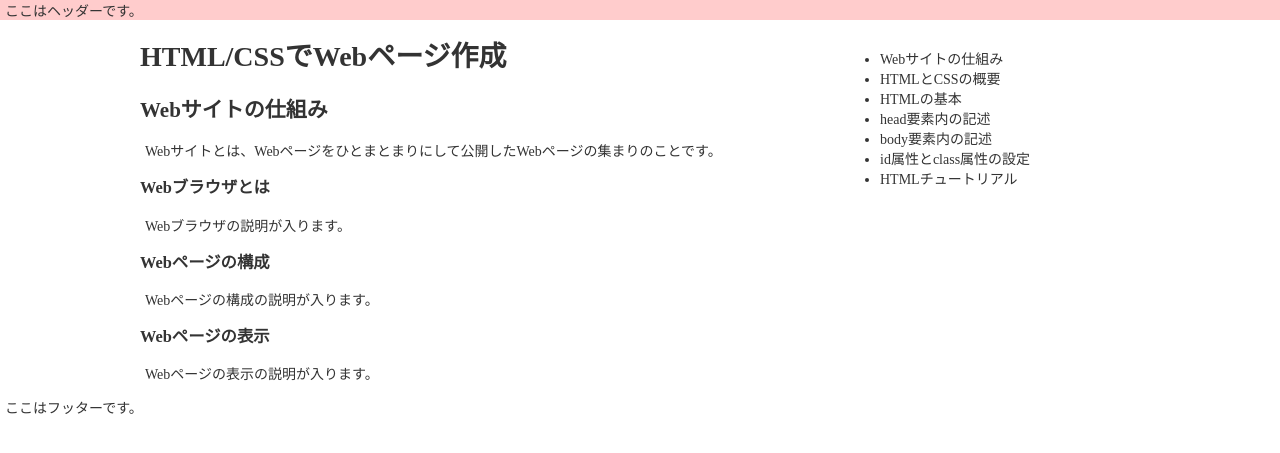
Repository: Naonaka-Saino/first-git
Page: lesson-htmlcss/kadai-html.html
The author's editor kept a record of every edit. The page is drawn from the files as they stood at one moment, then again after the next edit.
The browser window is 1280 px wide. The pictures show the whole page.

Above is the page before.

After the next edit:
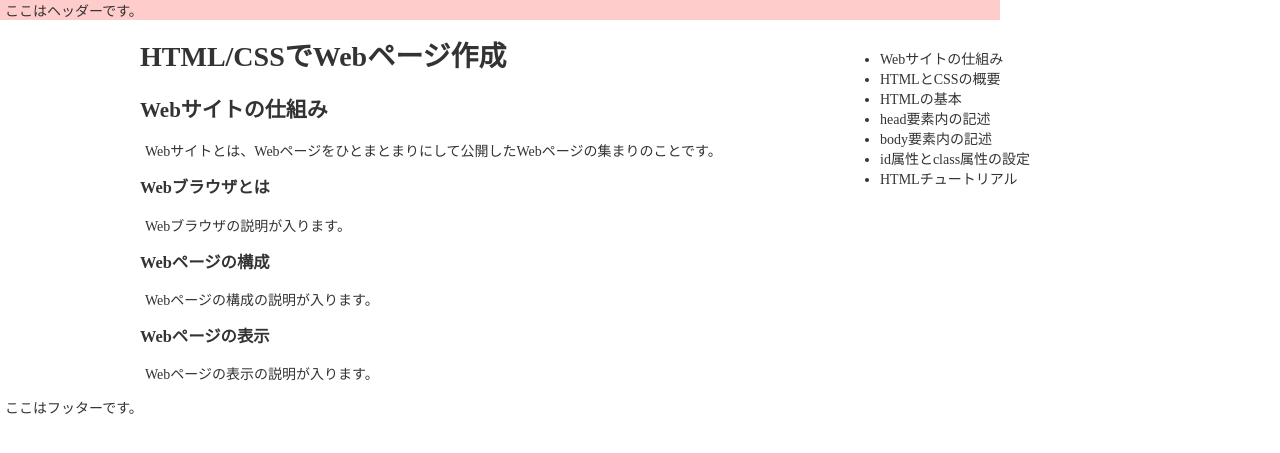
The edit:
--- a/lesson-htmlcss/kadai-css.css
+++ b/lesson-htmlcss/kadai-css.css
@@ -18,6 +18,7 @@
 }
 
 header{
+    width:1000px;
     background-color:#ffcccc;
 }
 
